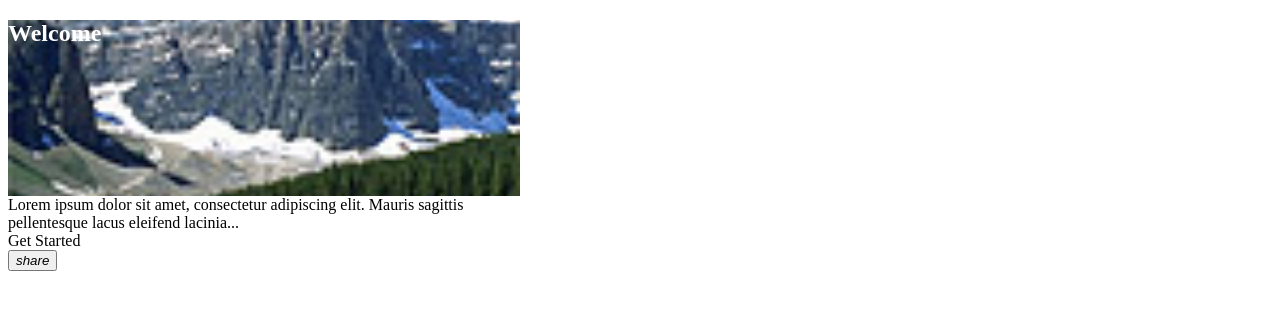
Repository: Tanox2450/ProjetFinalFrontWeb
Page: http://localhost/BoVoyageFrontOffice/fragments/fichesAccueil.jsp
The author's editor kept a copy of each file at every save. The page is drawn from the files as they stood at one save, then again after the next save.
The browser window is 1280 px wide. The pictures show the whole page.
The page is served by Tomcat 9. Other server files are loaded and not shown.

Above is the page before, as saved 2015-08-24 13:39:14.

### BoVoyageFrontOffice/WebContent/fragments/fichesAccueil.jsp
<%@ page language="java" contentType="text/html; charset=ISO-8859-1"
	pageEncoding="ISO-8859-1"%>
<!DOCTYPE html PUBLIC "-//W3C//DTD HTML 4.01 Transitional//EN" "http://www.w3.org/TR/html4/loose.dtd">
<html>
<head>
<meta http-equiv="Content-Type" content="text/html; charset=ISO-8859-1">
<title>Insert title here</title>
</head>
<body>

	<style>
.demo-card-wide.mdl-card {
	width: 512px;
}

.demo-card-wide>.mdl-card__title {
	color: #fff;
	height: 176px;
	background: url('images/canada_1.jpg') center/cover;
}

.demo-card-wide>.mdl-card__menu {
	color: #fff;
}
</style>

	<div class="demo-card-wide mdl-card mdl-shadow--2dp">
		<div class="mdl-card__title">
			<h2 class="mdl-card__title-text">Welcome</h2>
		</div>
		<div class="mdl-card__supporting-text">Lorem ipsum dolor sit
			amet, consectetur adipiscing elit. Mauris sagittis pellentesque lacus
			eleifend lacinia...</div>
		<div class="mdl-card__actions mdl-card--border">
			<a
				class="mdl-button mdl-button--colored mdl-js-button mdl-js-ripple-effect">
				Get Started </a>
		</div>
		<div class="mdl-card__menu">
			<button
				class="mdl-button mdl-button--icon mdl-js-button mdl-js-ripple-effect">
				<i class="material-icons">share</i>
			</button>
		</div>
	</div>

</body>
</html>

After the next save:
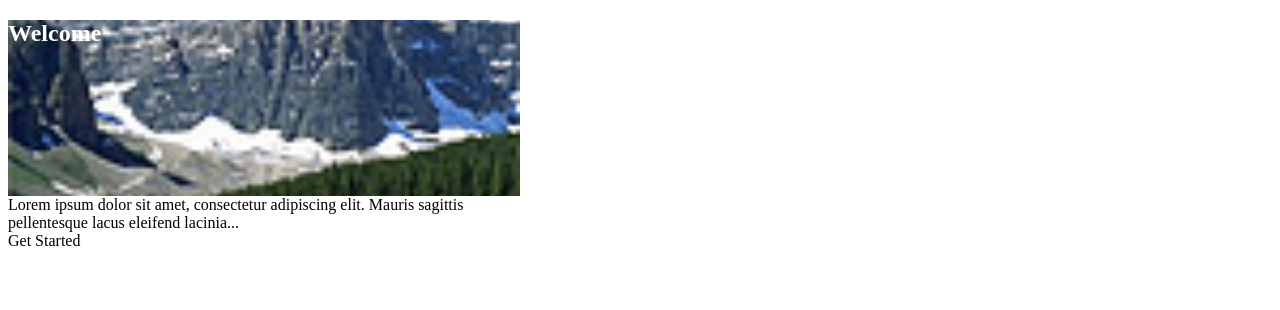
Saved 5 s later.
--- a/BoVoyageFrontOffice/WebContent/fragments/fichesAccueil.jsp
+++ b/BoVoyageFrontOffice/WebContent/fragments/fichesAccueil.jsp
@@ -36,12 +36,6 @@
 				class="mdl-button mdl-button--colored mdl-js-button mdl-js-ripple-effect">
 				Get Started </a>
 		</div>
-		<div class="mdl-card__menu">
-			<button
-				class="mdl-button mdl-button--icon mdl-js-button mdl-js-ripple-effect">
-				<i class="material-icons">share</i>
-			</button>
-		</div>
 	</div>
 
 </body>
